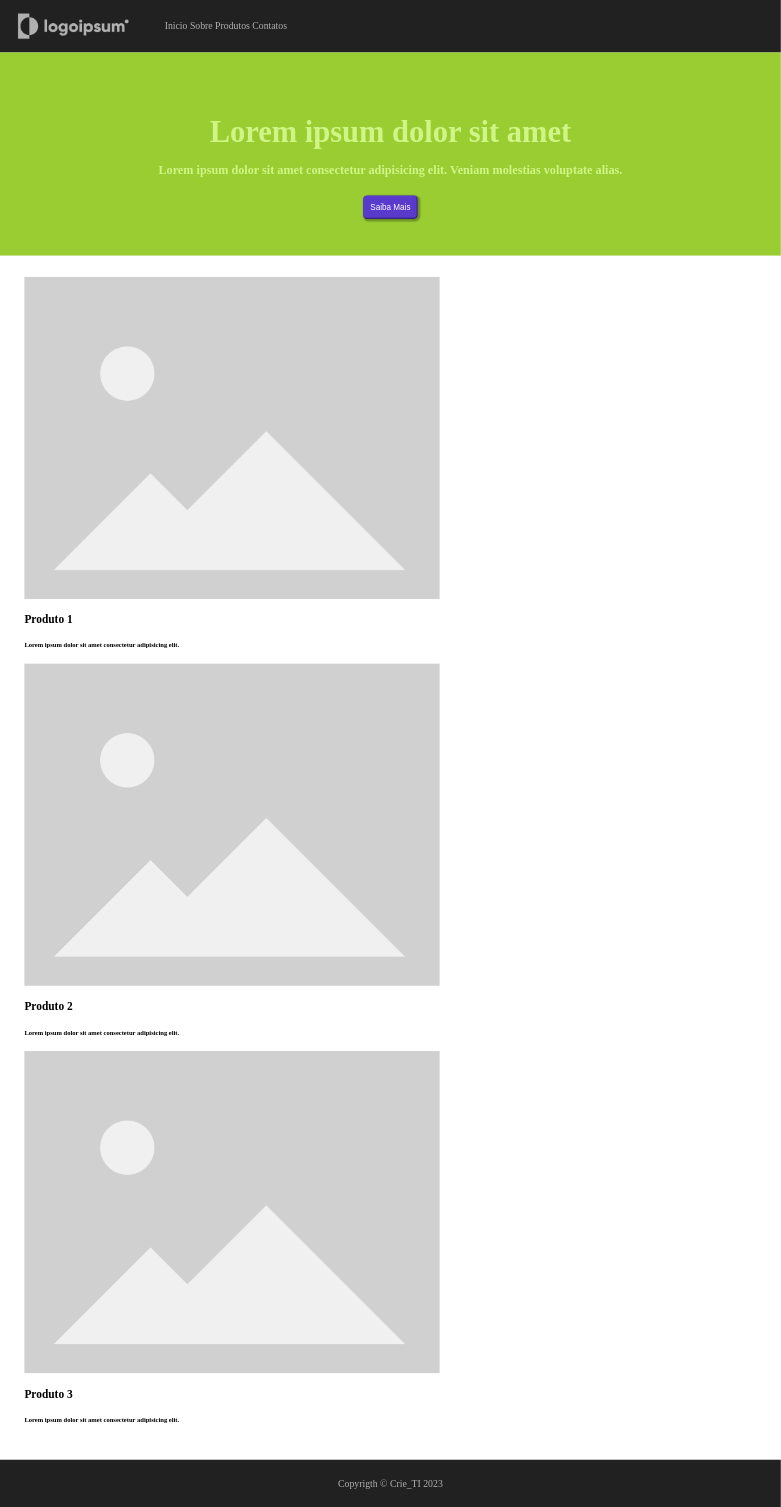
Repository: robsonwssantos/Projeto_Olaria
Page: Exercicios/ex.01/index.html
These files come from the project's save history. The page is drawn as it stood at one moment and after the next save; the edit follows.
The browser window is 1280 px wide. The pictures show the whole page, at 61% of full size.

Above is the page before, as saved 2023-04-21 11:38:05.

After the next save:
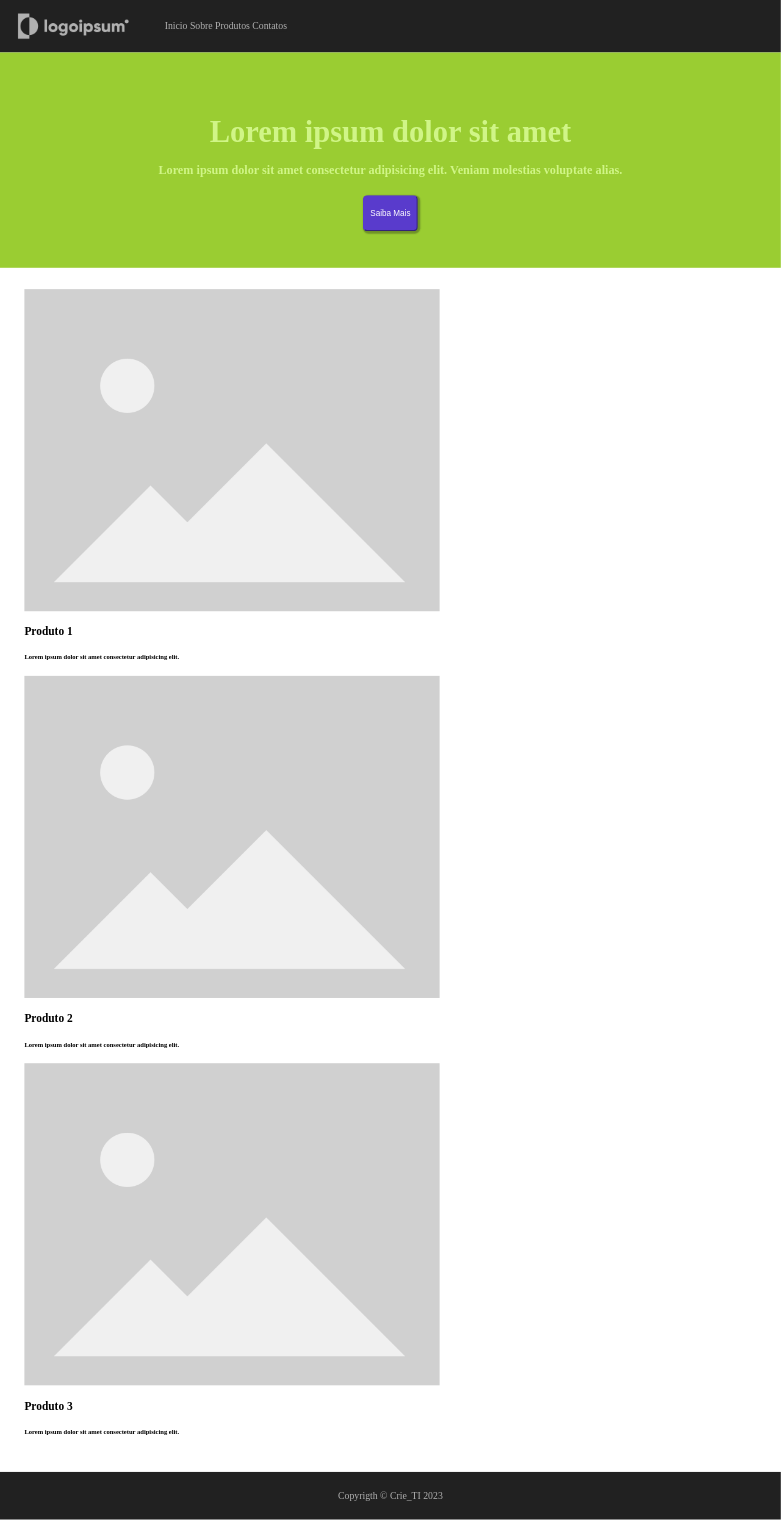
Saved 35 s later.
--- a/Exercicios/ex.01/index.html
+++ b/Exercicios/ex.01/index.html
@@ -39,7 +39,7 @@
             background-color: #593BCC;
             border-color: #593BCC;
             border-radius: 7px;
-            padding: 10px 10px 10px 10px;
+            padding: 20px 10px 20px 10px;
             margin-top: 10px;
             box-shadow: 2px 2px 2px 2px rgba(19, 18, 18, 0.315);
         }

After the save that followed:
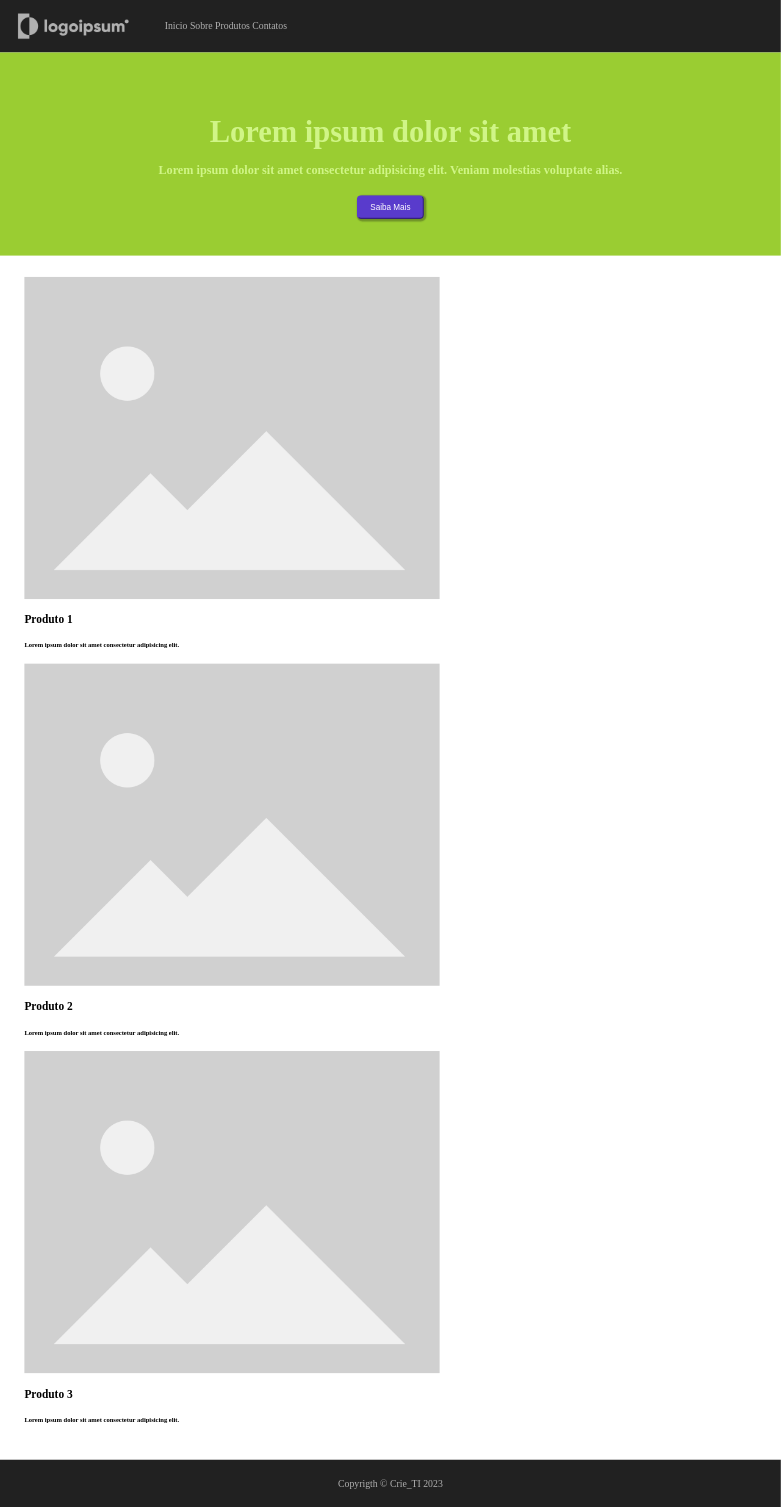
Saved 17 s later.
--- a/Exercicios/ex.01/index.html
+++ b/Exercicios/ex.01/index.html
@@ -39,7 +39,7 @@
             background-color: #593BCC;
             border-color: #593BCC;
             border-radius: 7px;
-            padding: 20px 10px 20px 10px;
+            padding: 10px 20px 10px 20px;
             margin-top: 10px;
             box-shadow: 2px 2px 2px 2px rgba(19, 18, 18, 0.315);
         }
